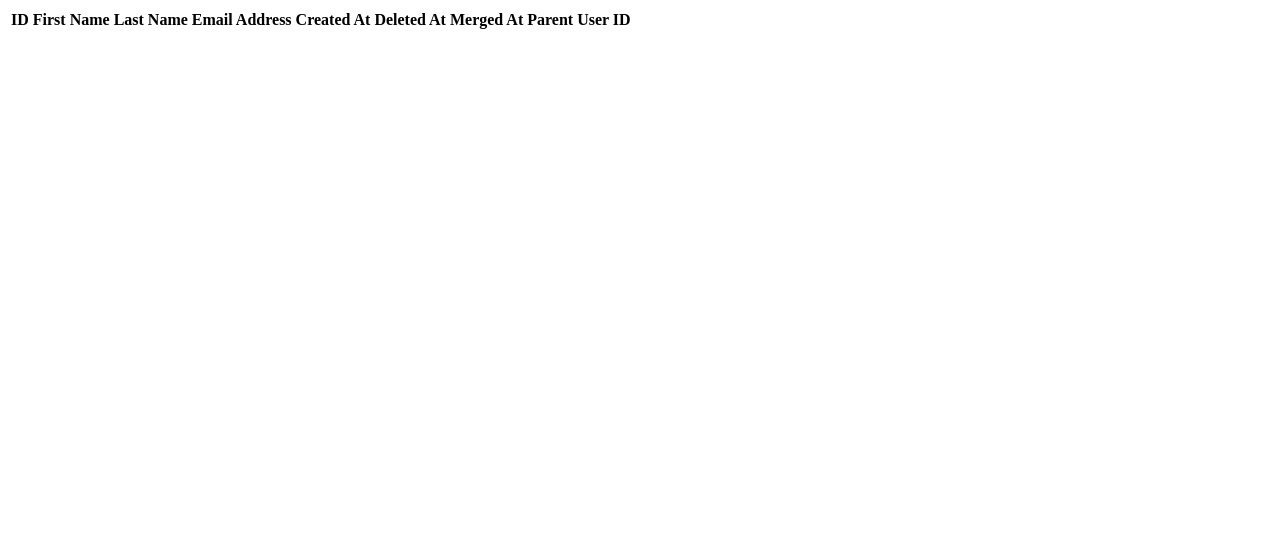
Repository: alihsn2010/Viswals-Assignment
Page: http://localhost/records
The author's editor kept a copy of each file at every save. The page is drawn from the files as they stood at one save, then again after the next save.
The browser window is 1280 px wide. The pictures show the whole page.
The page is this project's Thymeleaf template; nobody is signed in. The template is opened directly, without the code that normally fills it, so the values that code supplies are empty.

Above is the page before, as saved 2023-06-19 16:55:20.

After the next save:
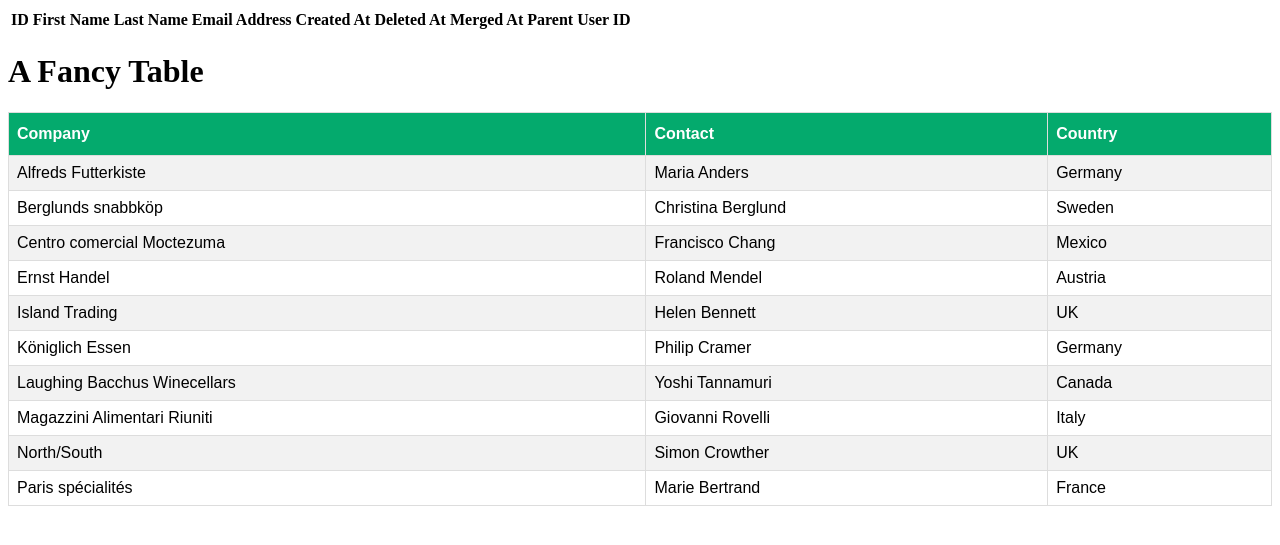
Saved 9 min 13 s later.
--- a/ProjectUploadCSV/service/src/main/resources/templates/records.html
+++ b/ProjectUploadCSV/service/src/main/resources/templates/records.html
@@ -35,3 +35,97 @@
 </body>
 
 </html>
+
+
+<!DOCTYPE html>
+<html>
+<head>
+<style>
+#customers {
+  font-family: Arial, Helvetica, sans-serif;
+  border-collapse: collapse;
+  width: 100%;
+}
+
+#customers td, #customers th {
+  border: 1px solid #ddd;
+  padding: 8px;
+}
+
+#customers tr:nth-child(even){background-color: #f2f2f2;}
+
+#customers tr:hover {background-color: #ddd;}
+
+#customers th {
+  padding-top: 12px;
+  padding-bottom: 12px;
+  text-align: left;
+  background-color: #04AA6D;
+  color: white;
+}
+</style>
+</head>
+<body>
+
+<h1>A Fancy Table</h1>
+
+<table id="customers">
+  <tr>
+    <th>Company</th>
+    <th>Contact</th>
+    <th>Country</th>
+  </tr>
+  <tr>
+    <td>Alfreds Futterkiste</td>
+    <td>Maria Anders</td>
+    <td>Germany</td>
+  </tr>
+  <tr>
+    <td>Berglunds snabbköp</td>
+    <td>Christina Berglund</td>
+    <td>Sweden</td>
+  </tr>
+  <tr>
+    <td>Centro comercial Moctezuma</td>
+    <td>Francisco Chang</td>
+    <td>Mexico</td>
+  </tr>
+  <tr>
+    <td>Ernst Handel</td>
+    <td>Roland Mendel</td>
+    <td>Austria</td>
+  </tr>
+  <tr>
+    <td>Island Trading</td>
+    <td>Helen Bennett</td>
+    <td>UK</td>
+  </tr>
+  <tr>
+    <td>Königlich Essen</td>
+    <td>Philip Cramer</td>
+    <td>Germany</td>
+  </tr>
+  <tr>
+    <td>Laughing Bacchus Winecellars</td>
+    <td>Yoshi Tannamuri</td>
+    <td>Canada</td>
+  </tr>
+  <tr>
+    <td>Magazzini Alimentari Riuniti</td>
+    <td>Giovanni Rovelli</td>
+    <td>Italy</td>
+  </tr>
+  <tr>
+    <td>North/South</td>
+    <td>Simon Crowther</td>
+    <td>UK</td>
+  </tr>
+  <tr>
+    <td>Paris spécialités</td>
+    <td>Marie Bertrand</td>
+    <td>France</td>
+  </tr>
+</table>
+
+</body>
+</html>
